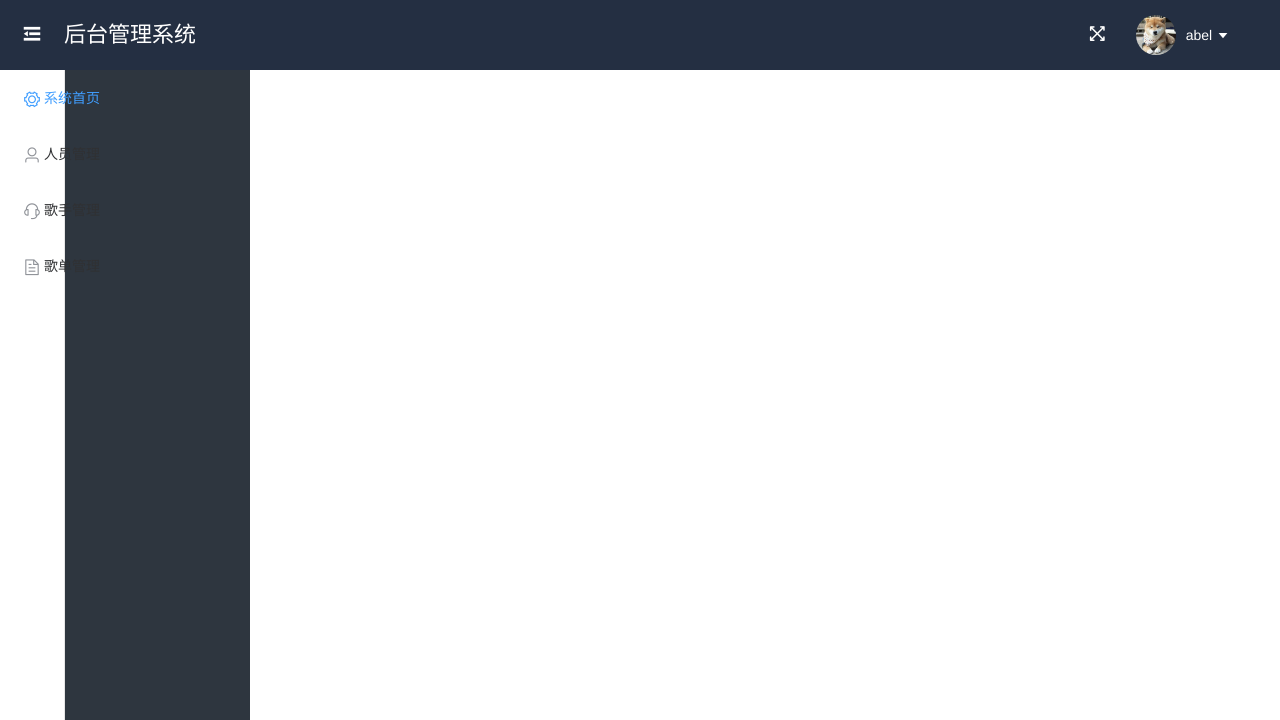
Repository: abel-chai/music-player
Page: /#/Home (app in music-player-manager/)
These files come from the project's save history. The page is drawn as it stood at one moment and after a run of saves; the edit follows.
The browser window is 1280 px wide. The pictures show the whole page.
The project was rebuilt for these pictures with package versions that can differ from the ones it lists, and the page was loaded fresh each time. Also part of the build but not shown: music-player-manager/vue.config.js, music-player-manager/src/pages/Login.vue, music-player-manager/src/pages/Info.vue, music-player-manager/src/pages/Client.vue, music-player-manager/src/pages/Admin.vue, music-player-manager/src/pages/Singer.vue, music-player-manager/src/pages/Sheet.vue.

Above is the page before, as saved 2022-10-25 00:42:54.

After the next 2 saves:
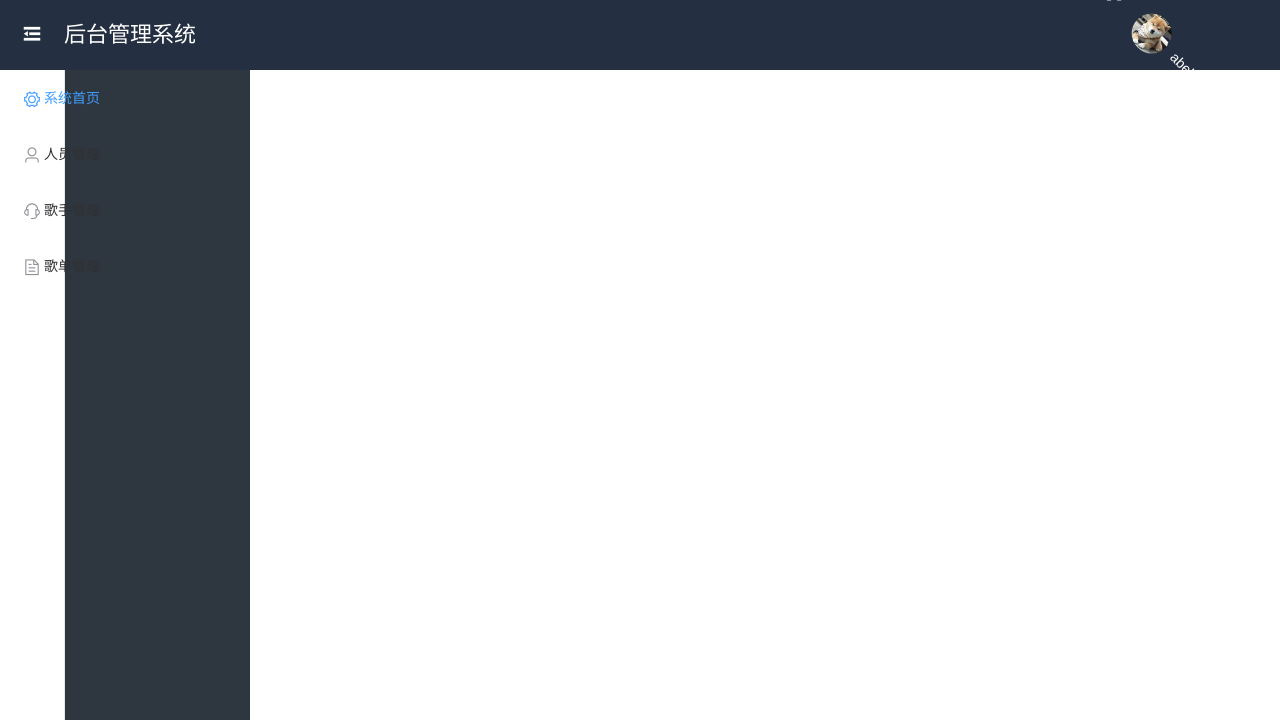
The 2 saves are shown as one change because they came seconds apart.
The last was saved 29 s later.
--- a/music-player-manager/src/components/Top.vue
+++ b/music-player-manager/src/components/Top.vue
@@ -116,11 +116,12 @@
     display: flex;
     height: 70px;
     align-items: center;
-  }
-  .btn-fullscreen {
     transform: rotate(45deg);
     margin-right: 5px;
     font-size: 24px;
+  }
+  .btn-fullscreen {
+
   }
   .btn-fullscreen {
     position: relative;
